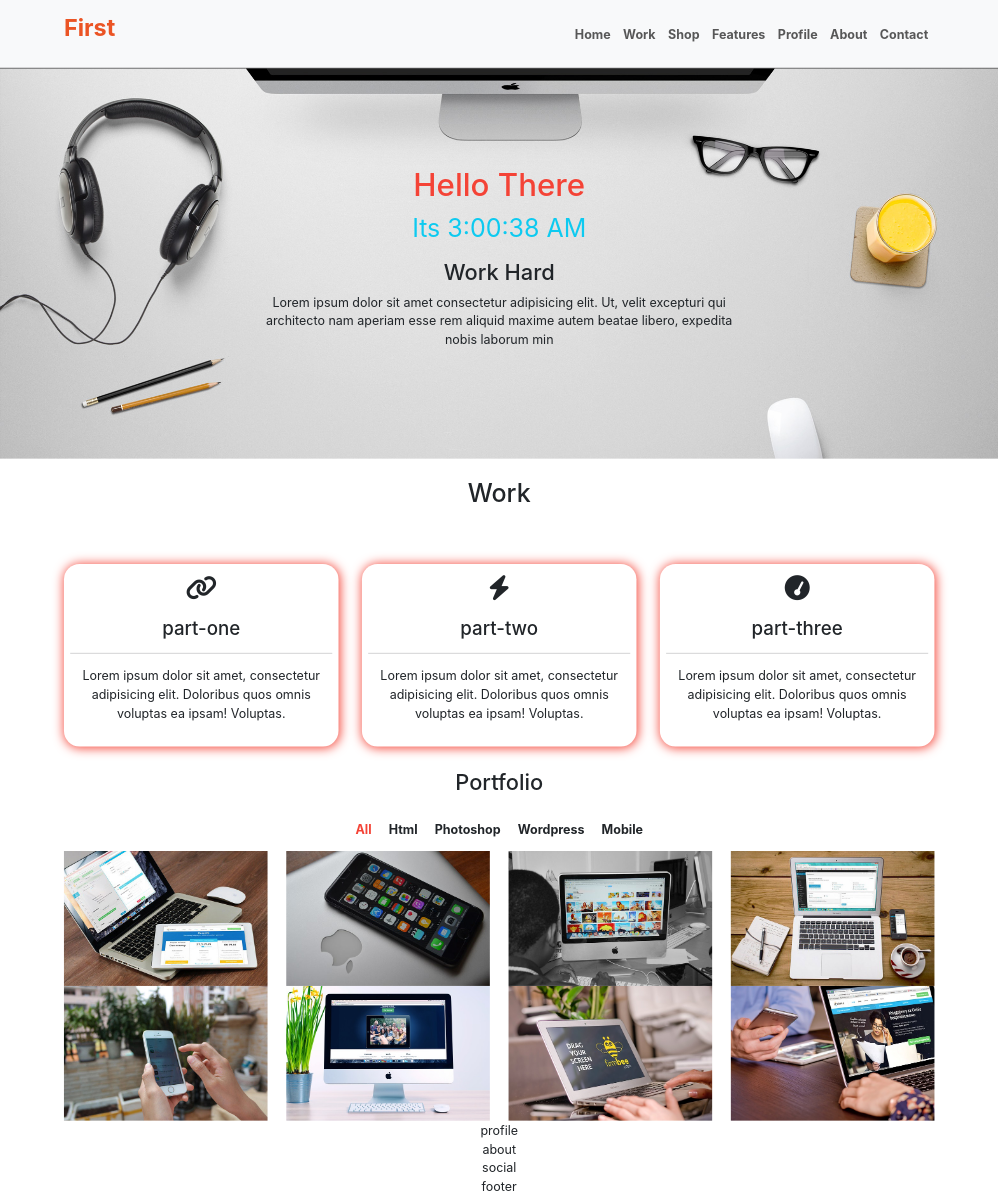
Repository: Hager-h/temple
Page: /
The author's editor kept a copy of each file at every save. The page is drawn from the files as they stood at one save, then again after the next save.
The browser window is 1280 px wide. The pictures show the whole page, at 78% of full size.
The project was rebuilt for these pictures with package versions that can differ from the ones it lists, and the page was loaded fresh each time. Also part of the build but not shown: src/components/contact/index.js, src/components/Shop/shop.css, src/components/Shop/Shop.js, src/components/card/card.css, src/components/card/Card.js.

Above is the page before, as saved 2023-07-17 15:32:48.

### src/index.js
import React from 'react';
import ReactDOM from 'react-dom/client';
import "../node_modules/bootstrap/dist/css/bootstrap.min.css"
import "../node_modules/bootstrap/dist/js/bootstrap.min.js"
import './index.css';

import App from './App';
import reportWebVitals from './reportWebVitals';
import { BrowserRouter } from 'react-router-dom';

const root = ReactDOM.createRoot(document.getElementById('root'));
root.render(
  <React.StrictMode>
  <BrowserRouter>
  <App />
  </BrowserRouter>
  </React.StrictMode>
);

// If you want to start measuring performance in your app, pass a function
// to log results (for example: reportWebVitals(console.log))
// or send to an analytics endpoint. Learn more: https://bit.ly/CRA-vitals
reportWebVitals();

### src/App.js
import './App.css';
import Home from "./components/home/Home"
import Contact from "./components/contact/index"
import Nav from "./components/navbar/Nav"
import {Routes,Route} from "react-router-dom"
import Shop from './components/Shop/Shop';
import Card  from './components/card/Card';
function App() {
  return (
    <div className="App">
    <Nav />
    <Routes>
    <Route path="/" element={<Home />} />
    <Route path="/contact" element={<Contact />} />
    <Route path="/shop" element={<Shop />} />
    <Route path="shop/:cardId" element={<Card />} />

    </Routes>




    </div>
  );
}

export default App;

### src/components/home/Home.js
import React from 'react'
import Work from "./../work/Work"
import Portfolio from "./../portfolio/Portfolio"
import Footer from "./../footer/Footer"
import Social from "./../social/Social"
import About from "./../about/about"
import Profile from "./../Profile/Profile"
import Landing from "./../landing/landing"
export default function Home() {
  return (
    <div>

<Landing />
    <Work />
    <Portfolio />

    <Profile />
    <About />
    <Social />
    <Footer />



    </div>
    )
}

### src/components/navbar/Nav.js
import React from "react"
import { Link } from 'react-router-dom'

import "./navStyle.css"
export default function Nav() {
  return (



    <nav className="navbar navbar-expand-lg bg-body-tertiary ">
    <div className="container ">
      <p className="navbar-brand logo-text" >First</p>
      <button className="navbar-toggler" type="button" data-bs-toggle="collapse" data-bs-target="#navbarNavAltMarkup" aria-controls="navbarNavAltMarkup" aria-expanded="false" aria-label="Toggle navigation">
        <span className="navbar-toggler-icon"></span>
      </button>
      <div className="collapse navbar-collapse  " id="navbarNavAltMarkup">
        <div className="navbar-nav ms-auto">
          <Link className="nav-link " to="/">Home</Link>
          <Link className="nav-link" to="/work">Work</Link>
          <Link className="nav-link" to="/shop">Shop</Link>
          <Link className="nav-link" to="/feat">Features</Link>
          <Link className="nav-link" to="/profile">Profile</Link>
          <Link className="nav-link" to="/about">About</Link>
          <Link className="nav-link" to="/contact">Contact</Link>
        </div>

      </div>
    </div>
  </nav>

















  )
}

### src/components/work/Work.js
import "./work.css"
import {Usehook} from "../hook/Hook"
export default function Work() {
  const[data,loading,err]=Usehook('js/data.json')



const dataList=data.map(item=>{
  return (
    <div key={item.id}className="part first">
    <i className={item.icon_name}></i>
<h4 className="part-title">{item.title}</h4>
<hr className="line"/>
<p className="part-desc">
{item.body}
</p>
</div>
  )
})
  return (
    <div className="work">
    <div className="container">

        <h2 className="work-title"><span>My</span> Work</h2>
        <div className="all-work">

        {loading&&<p className="spinner"></p>}
          {dataList}
          {err&&<p className="Err">{err}</p>}
            </div>
    </div>
</div>
  )
}

### src/components/portfolio/Portfolio.js
import React,{useEffect,useState} from 'react'

import "./port.css"
import {Usehook} from "../hook2/Hook2.js"

export default function Portfolio() {


    const[data,loading,err]=Usehook('js/data.json')

    const images=data.map((item)=>{
      console.log(item)
      return(

<div key={item.id} className=" col-md-3 box">
<div className="overlay"></div>
<span>Show Image</span>
<div className="show ">

<img className="port-image  " src={item.image} alt="image" />

          </div>







      </div>


    )
  })






  return (
    <div className="port">
<h3> <span> My</span> Portfolio</h3>

<div className="catgeory">
<p className="orange">All</p>
<p>Html</p>
<p>Photoshop</p>
<p>Wordpress</p>
<p> Mobile</p>
</div>
<div className="container">
        <div className="row ">






{images}

        </div>
        </div>






</div>











  )
}

### src/components/social/Social.js
import React from 'react'

export default function Social() {
  return (
    <div>
      social
    </div>
  )
}

### src/components/landing/landing.js
import React,{Fragment, useState,useEffect} from 'react'
import "./landing.css"
export default function Landing() {
  const [time, settime] = useState(new Date().toLocaleTimeString())
  useEffect(() => {
    setInterval(() => {
      settime(new Date().toLocaleTimeString())
    },1000)
  },[])
  return (
    <>
    <div className='landing'>
    <div className='containerr'>
    <div className='text-landing'>

    <h1>hello there
    </h1>
              <p className="text-info fs-2"> Its {time}</p>
<h3>work hard </h3>
<p>Lorem ipsum dolor sit amet consectetur adipisicing elit. Ut, velit excepturi qui architecto nam aperiam esse rem aliquid maxime autem beatae libero, expedita nobis laborum min</p>

</div>
      </div>
    </div>
    </>
  )
}

### src/components/navbar/navStyle.css
.navbar {
  background: #fff;
  border-bottom: 1px solid #000;


}




 .logo-text {
  font-size: 30px;
  font-weight: bold;
  color:#eb5424
};
.nav-link{
  font-weight: bolder;}
.nav-link:focus, .nav-link:hover {
  color: #F44336;
}.nav-link:focus, .nav-link:hover {
  color: #F44336;

}
.navbar-nav{
  font-weight: bolder;

}
.navbar-toggler:focus{
  border:2px solid #F44336;
  box-shadow: 0 0 0 #F44336;
}
@media(max-width:570px){
  .text-landing{
    width:100%;
  }
}

### src/components/work/work.css



.all-work{display: flex;
    justify-content: center;
    align-items: center;
    margin-top: 72px;}
    .part{
      box-shadow: 1px 1px 13px 1px #f44336;
    border-radius: 20px;
    padding: 15px 8px;

    }
    .part-title{
      margin-top:20px;
    }
    .part:not(:last-child){
      margin-right:30px
    }
    .work-title span{
      color:#f44336
    }
    .work-title{
      margin-top:25px
    }
.loading{

}
.Err{
  font-weight:bolder;
  text-transform: capitalize;
      color:#f44336;
font-size :22px;
margin-bottom: 30px;
text-align: center;
}

.spinner {
  border: 3px solid #f3f3f3;
  border-top: 3px solid #f44336;
  border-radius: 50%;
  width: 20px;
  height: 40px;
  animation: spin 1s linear infinite;
  position: absolute  ;
  top:50%;
  left:50%;
  transform:translate(-50%,-50%)
   ;
  -webkit-transform:translate(-50%,-50%)  ;
  -moz-transform:translate(-50%,-50%)  ;
  -ms-transform:translate(-50%,-50%)  ;
  -o-transform:translate(-50%,-50%)  ;
}

@keyframes spin {
  0% { transform: rotate(0deg); }
  100% { transform: rotate(360deg); }
}


    @media(max-width:570px){
      .all-work{
      flex-wrap:wrap;
      }
.part:not(:last-child){
  margin-right: 0;
}
.part{
  margin-bottom: 22px;
}

    }

### src/components/hook/Hook.js
import {useEffect,useState}from 'react'
import axios from 'axios'
export  function Usehook(url) {
  const [data,setdata]=useState([])
  const [err,seterr]=useState(null)
  const [loading,setloading]=useState(null)

  useEffect(()=>{
    setloading(true)
    axios.get(url).then(res=>
      {
      setloading(false)
    setdata(res.data.works)
    console.log(res.data)
    seterr(false)
    }
    ).catch(err=>{
      setloading(false)
      seterr("something went wrong")
    })

  },[])
return[data,loading,err]
}

### src/components/portfolio/port.css
.port{
  margin-top:30px;
}
.box{position:relative;
  overflow: hidden;


}
 .catgeory{
  display :flex;
  justify-content: center;
  align-items: center;
  margin-top: 30px;

 }
 .catgeory p:not(:last-child){
  margin-right: 22px;
 }
.catgeory p{
  cursor:pointer;
  font-weight: bold;

}
.catgeory p:hover,.orange{
  color: #F44336;
}


  .port-image{
    max-width:100%;

 }
 span{
  border:1px solid #F44336;
  position: absolute;
  top:50%;
  left:50%;
  transform: translate(-50%,-50%);
  -webkit-transform: translate(-50%,-50%);
  -moz-transform: translate(-50%,-50%);
  -ms-transform: translate(-50%,-50%);
  -o-transform: translate(-50%,-50%);
  background-color: aliceblue;
  padding: 8px 8px;
  border-radius: 14px;
  -webkit-border-radius: 14px;
  -moz-border-radius: 14px;
  -ms-border-radius: 14px;
  -o-border-radius: 14px;
  cursor:pointer;
  font-weight:bolder;
  opacity:0;

}
.overlay{
  position: absolute;
  top: 0;
  left: 0;
  bottom: 0;
  right: 0;
  background: rgba(224, 158, 138, 0.5);
  font-size: 15px;
  opacity: 0;
  max-width:100% ;
}
.box:hover .overlay,
.box:hover span{
  opacity: 1;
}

### src/components/hook2/Hook2.js
import React ,{useEffect,useState}from 'react'
import axios from 'axios'
export  function Usehook(url) {
  const [data,setdata]=useState([])
  const [err,seterr]=useState(null)
  const [loading,setloading]=useState(null)

  useEffect(()=>{
    setloading(true)
    axios.get(url).then(res=>
      {
      setloading(false)
    setdata(res.data.portfolio)
    console.log(res.data.portfolio)
    seterr(false)
    }
    ).catch(_err=>{
      setloading(false)
      seterr("something went wrong")
    })

  },[url])
return[data,loading,err]
}

### src/components/landing/landing.css
.landing{
  height: 500px;
   background:url("../../../public/images/Home/home-bg.jpg");
  background-position: center;
  background-size: cover;
position: relative;
text-align: center;
}
.containerr{
  width:85%;
  margin:auto;
}
.text-landing{
  position:absolute;
  top:50%;
  left:50%;
  transform: translate(-50%,-50%);
  -webkit-transform: translate(-50%,-50%);
  -moz-transform: translate(-50%,-50%);
  -ms-transform: translate(-50%,-50%);
  -o-transform: translate(-50%,-50%);
}
h1{
  color:#F44336;
  text-transform: capitalize;

}
h3{
  text-transform: capitalize;

}

### public/js/data.json
{
  "works" : [
      {
          "id" : 1,
          "icon_name": "icon fa fa-chain fa-2x",
          "title": "part-one",
          "body": "Lorem ipsum dolor sit amet, consectetur adipisicing elit. Doloribus quos omnis voluptas ea ipsam! Voluptas."
      },
      {
          "id" : 2,
          "icon_name": "icon fa fa-bolt fa-2x",
          "title": "part-two",
          "body": "Lorem ipsum dolor sit amet, consectetur adipisicing elit. Doloribus quos omnis voluptas ea ipsam! Voluptas."
      },
      {
          "id" : 3,
          "icon_name": "icon fa fa-tachometer fa-2x",
          "title": "part-three",
          "body": "Lorem ipsum dolor sit amet, consectetur adipisicing elit. Doloribus quos omnis voluptas ea ipsam! Voluptas."
      }
  ],

  "portfolio" : [
      {
          "id":1,
          "image": "/images/Portfolio/portfolio-img1.jpg"

      },
      {
          "id":2,
          "image": "/images/Portfolio/portfolio-img2.jpg"
        },
      {
          "id":3,
          "image": "/images/Portfolio/portfolio-img3.jpg"
        },
      {
          "id":4,
          "image": "/images/Portfolio/portfolio-img4.jpg"
        },
      {
          "id":5,
          "image": "/images/Portfolio/portfolio-img5.jpg"
        },
      {
          "id":6,
          "image": "/images/Portfolio/portfolio-img6.jpg"
      },
      {
          "id":7,
          "image": "/images/Portfolio/portfolio-img7.jpg"
      },
      {
          "id":8,
          "image": "/images/Portfolio/portfolio-img8.jpg"
      }
  ] ,
  "social" : [
      {
          "id": 1,
          "icon" : "icon fa fa-facebook fa-lg",
          "title" : "Follow Me on",
          "body" : "Social Facebook"
      },
      {
          "id": 2,
          "icon" : "icon fa fa-twitter fa-lg",
          "title" : "Tweet Me on",
          "body" : "Social twitter"
      },
      {
          "id": 3,
          "icon" : "icon fa fa-pinterest fa-lg",
          "title" : "Pin Me on",
          "body" : "Social Pinterest"
      }
  ]
}

Loaded but not shown: public/index.html (common file); src/index.css (common file); src/reportWebVitals.js (common file); src/App.css (common file); src/components/footer/Footer.js (common file); src/components/about/About.js (common file); src/components/Profile/Profile.js (common file)

After the next save:
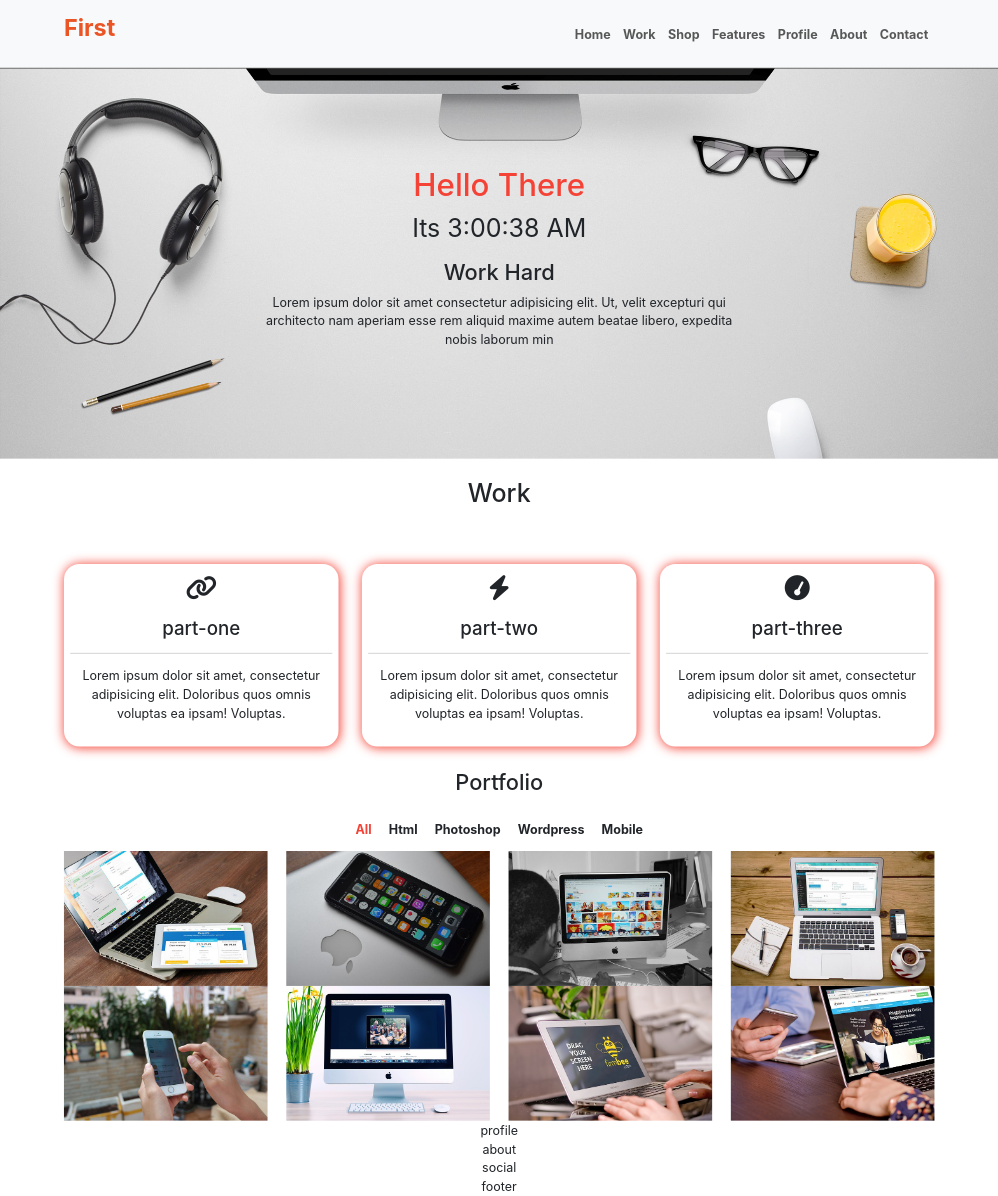
Saved 15 s later.
--- a/src/components/landing/landing.js
+++ b/src/components/landing/landing.js
@@ -15,7 +15,7 @@ export default function Landing() {
 
     <h1>hello there
     </h1>
-              <p className="text-info fs-2"> Its {time}</p>
+              <p className="text-dark fs-2"> Its {time}</p>
 <h3>work hard </h3>
 <p>Lorem ipsum dolor sit amet consectetur adipisicing elit. Ut, velit excepturi qui architecto nam aperiam esse rem aliquid maxime autem beatae libero, expedita nobis laborum min</p>
 
